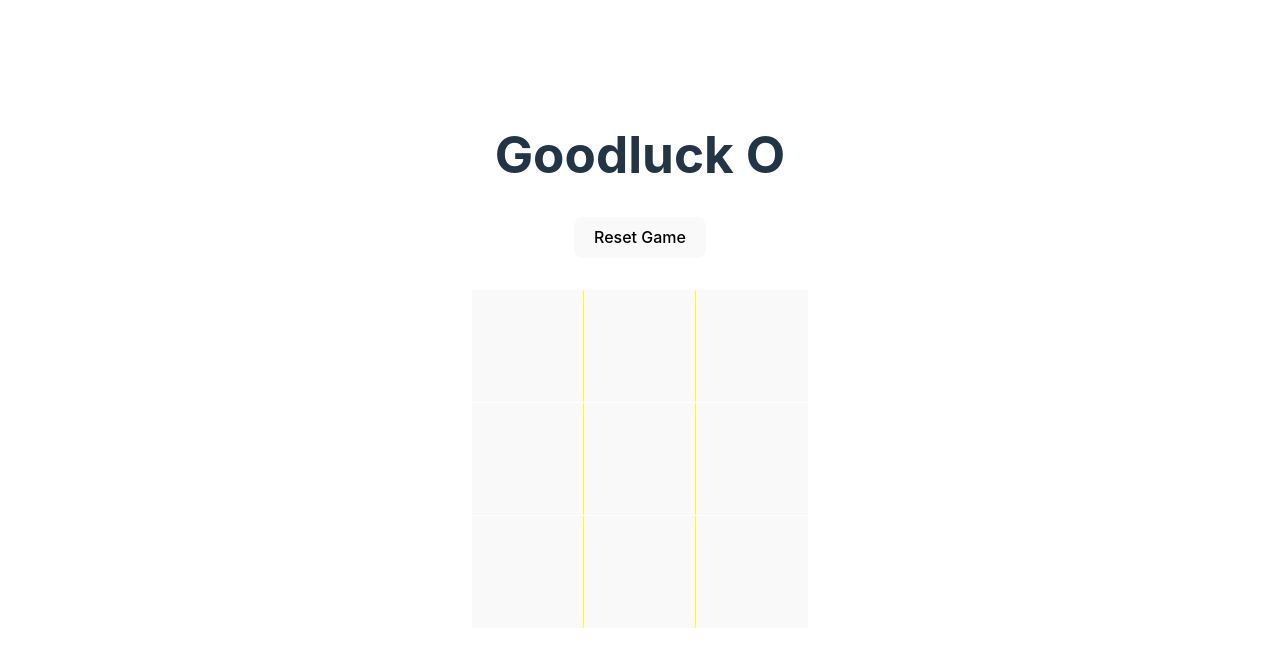
Repository: krbrennan/tic-tac-toe
Page: / (app in tic-tac-toe/)
The author's editor kept a copy of each file at every save. The page is drawn from the files as they stood at one save, then again after the next save.
The browser window is 1280 px wide. The pictures show the whole page.
The project was rebuilt for these pictures with package versions that can differ from the ones it lists, and the page was loaded fresh each time. Also part of the build but not shown: tic-tac-toe/vite.config.js.

Above is the page before, as saved 2024-06-20 20:18:51.

After the next save:
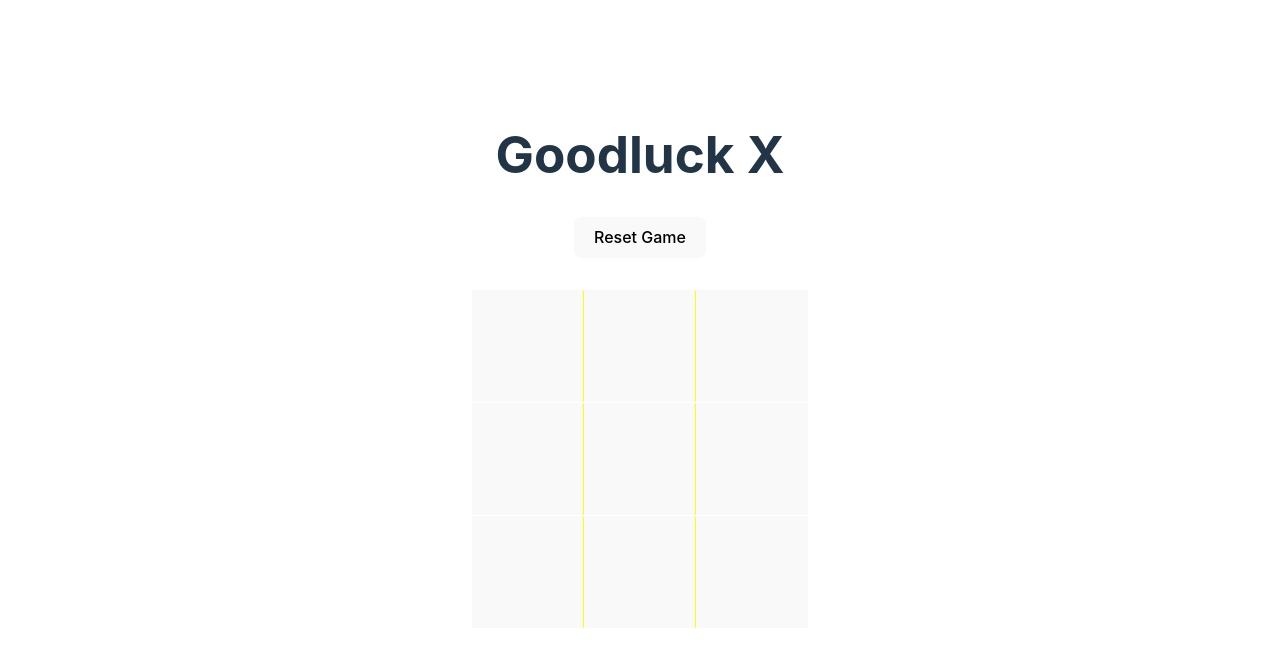
Saved 10 s later.
--- a/tic-tac-toe/src/App.jsx
+++ b/tic-tac-toe/src/App.jsx
@@ -151,7 +151,7 @@ function App() {
         )
       } else {
         return(
-          <h1>Goodluck { xIsNext ? "O" : "X"}</h1>
+          <h1>Goodluck { xIsNext ? "X" : "O"}</h1>
         )
       }
 
